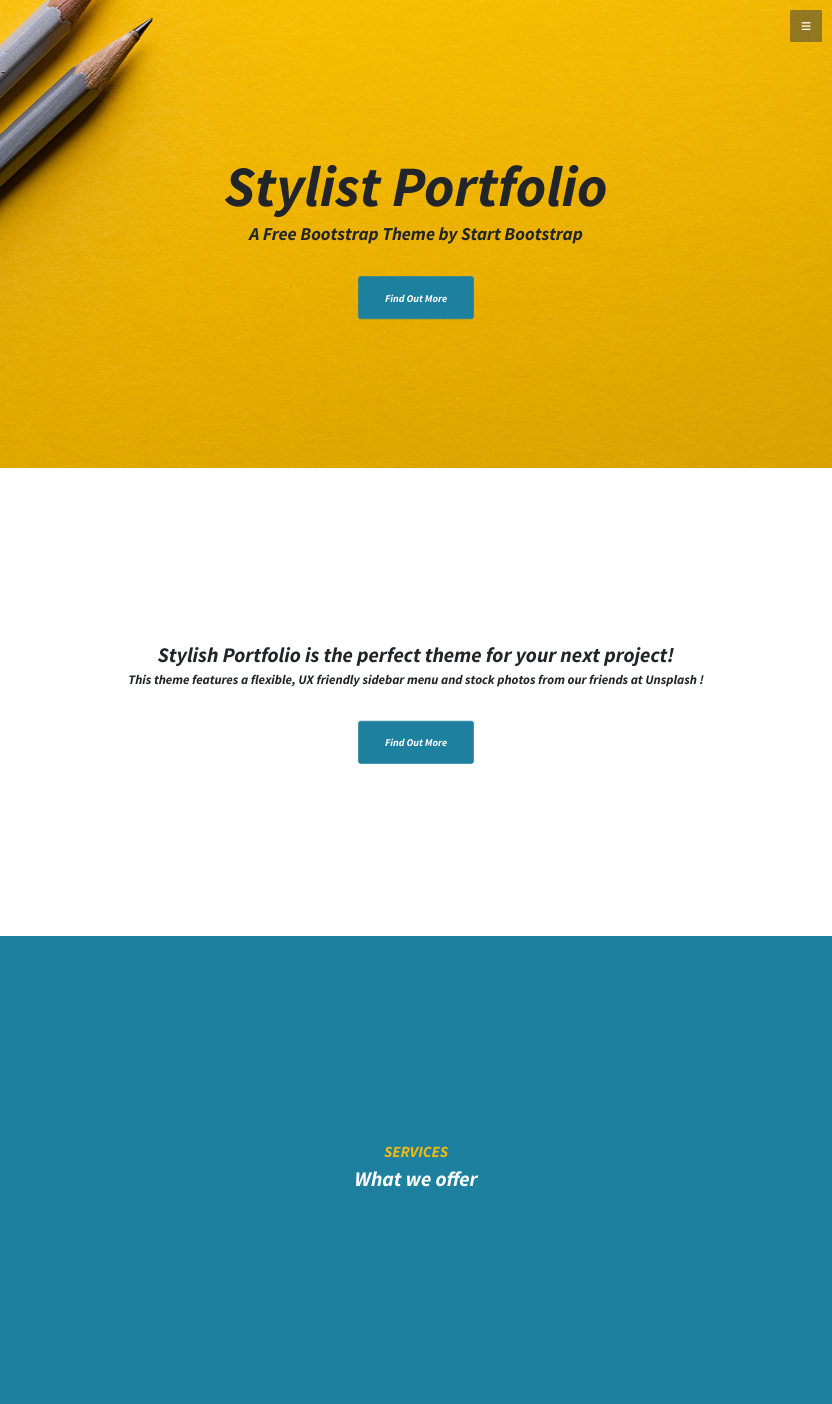
Repository: hoangpino/VE_FE_FrameWork_005
Page: lab06/index.html
The author's editor kept a copy of each file at every save. The page is drawn from the files as they stood at one save, then again after the next save.
The browser window is 1280 px wide. The pictures show the whole page, at 65% of full size.

Above is the page before, as saved 2021-10-02 20:56:35.

After the next save:
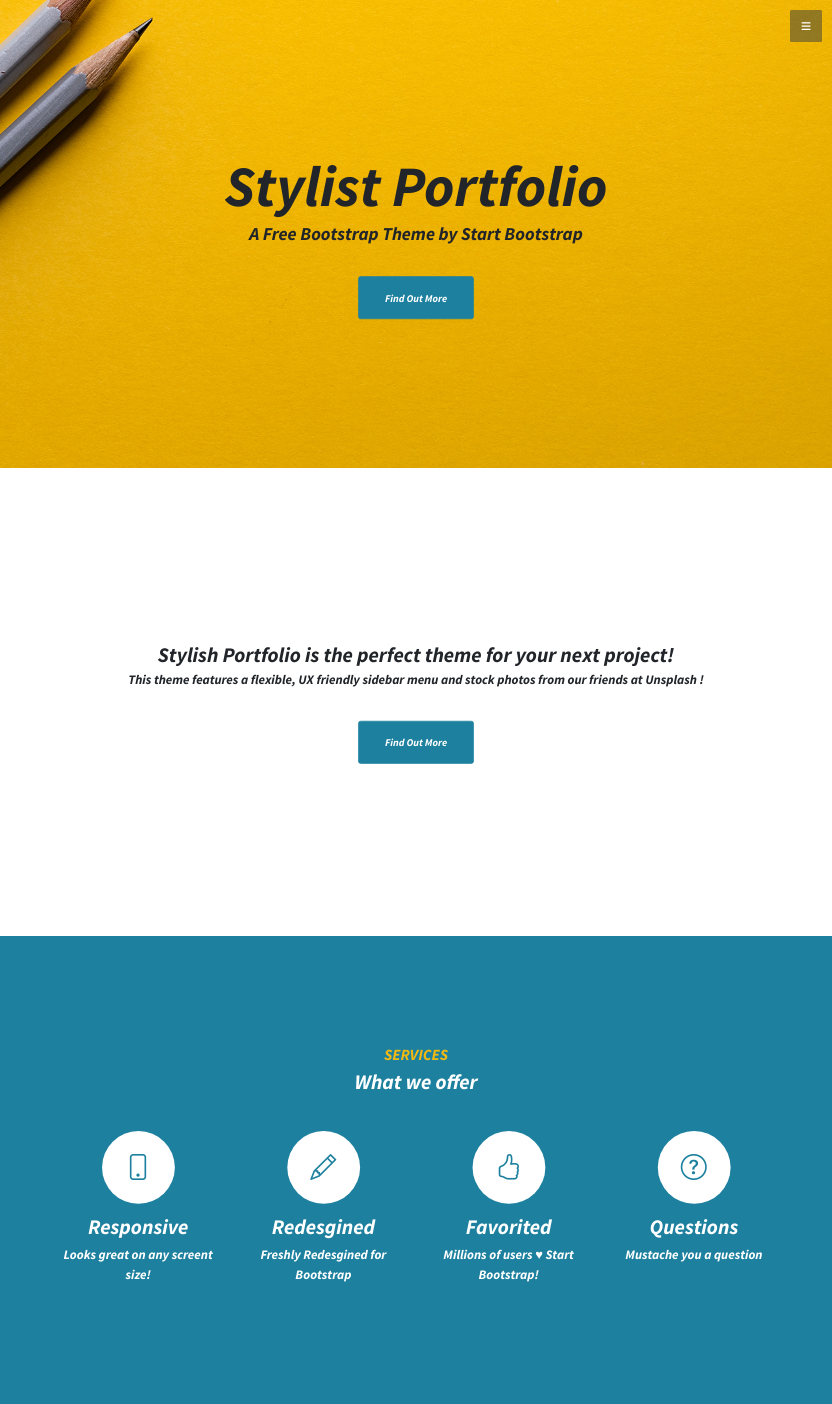
Saved 11 min 44 s later.
--- a/lab06/index.html
+++ b/lab06/index.html
@@ -19,6 +19,8 @@
     <link
         href="https://fonts.googleapis.com/css2?family=Source+Sans+Pro:ital,wght@1,700&display=swap"
         rel="stylesheet" />
+    <link rel="stylesheet"
+        href="https://cdn.jsdelivr.net/npm/bootstrap-icons@1.5.0/font/bootstrap-icons.css">
 </head>
 
 <body>
@@ -70,6 +72,30 @@
                 <h4>Services</h4>
                 <h2>What we offer</h2>
             </div>
+            <div class="row">
+                <div class="col-lg-3 col-md-6 mt-5">
+                    <span class="services-icon mx-auto mb-3"><i class="bi bi-phone"></i></span>
+                    <h2>Responsive</h2>
+                    <p>Looks great on any screent size!</p>
+                </div>
+                <div class="col-lg-3 col-md-6 mt-5">
+                    <span class="services-icon mx-auto mb-3"><i class="bi bi-pencil"></i></span>
+                    <h2>Redesgined</h2>
+                    <p>Freshly Redesgined for Bootstrap</p>
+                </div>
+                <div class="col-lg-3 col-md-6 mt-5">
+                    <span class="services-icon mx-auto mb-3"><i
+                            class="bi bi-hand-thumbs-up"></i></span>
+                    <h2>Favorited</h2>
+                    <p>Millions of users &hearts; Start Bootstrap!</p>
+                </div>
+                <div class="col-lg-3 col-md-6 mt-5">
+                    <span class="services-icon mx-auto mb-3"><i
+                            class="bi bi-question-circle"></i></span>
+                    <h2>Questions</h2>
+                    <p>Mustache you a question</p>
+                </div>
+            </div>
         </div>
     </section>
 
